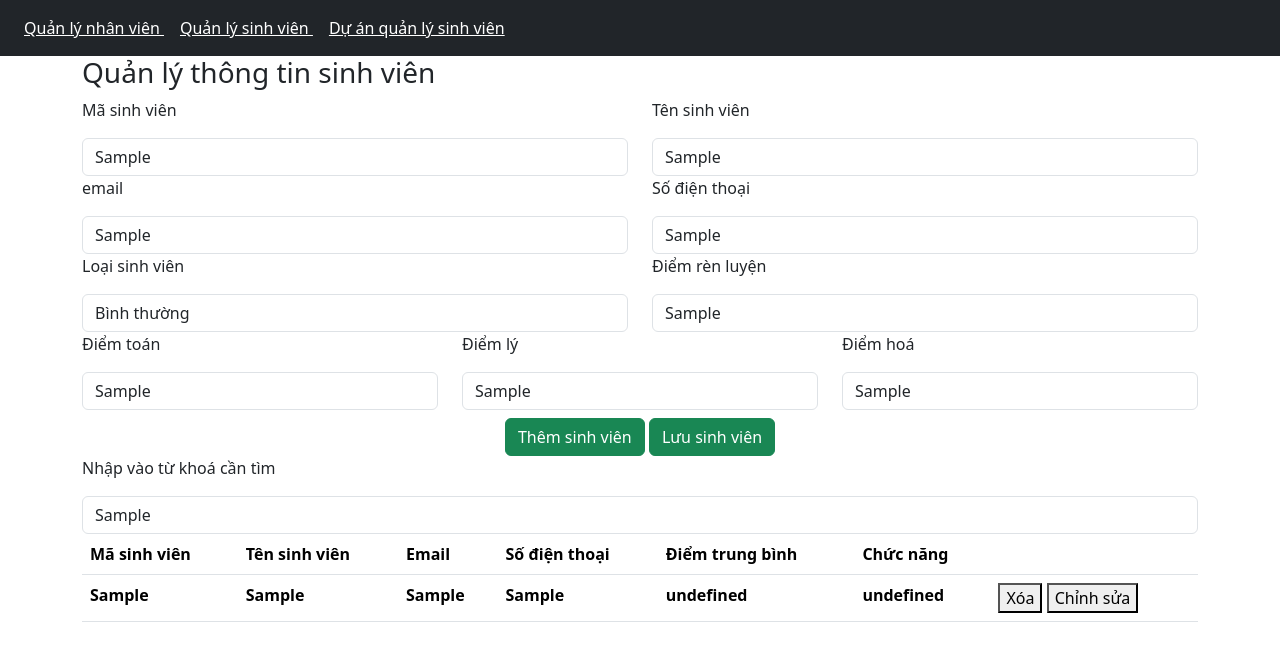
Repository: KhoiNguyen77/JS-Buoi-9--10
Page: duan_qlsv.html
The author's editor kept a copy of each file at every save. The page is drawn from the files as they stood at one save, then again after the next save.
The browser window is 1280 px wide. The pictures show the whole page.
Empty fields were first filled with sample values (such as "Sample", 5 or name@example.com).
After loading, the first visible `#frmSinhVien` was submitted once.

Above is the page before, as saved 2023-03-28 10:12:55.

### duan_qlsv.html
<!DOCTYPE html>
<html lang="en">
<head>
    <meta charset="UTF-8">
    <meta http-equiv="X-UA-Compatible" content="IE=edge">
    <meta name="viewport" content="width=device-width, initial-scale=1.0">
    <title>Dự án quản lý sinh viên</title>
    <link href="https://cdn.jsdelivr.net/npm/bootstrap@5.3.0-alpha1/dist/css/bootstrap.min.css" rel="stylesheet" integrity="sha384-GLhlTQ8iRABdZLl6O3oVMWSktQOp6b7In1Zl3/Jr59b6EGGoI1aFkw7cmDA6j6gD" crossorigin="anonymous">
</head>
<body>
    <div class="bg-dark text-white p-3">
        <a href="/quanlynhanvien.html" class="text-white mx-2"> Quản lý nhân viên </a>
        <a href="/index.html" class="text-white mx-2"> Quản lý sinh viên </a>
        <a href="/duan_qlsv.html" class="text-white mx-2"> Dự án quản lý sinh viên </a>
    </div>
    <div class="container">
        <h3>Quản lý thông tin sinh viên</h3>
        <form id="frmSinhVien">
            <div class="row">
                <div class="col-6">
                    <p>Mã sinh viên</p>
                    <input class="form-control" id="maSinhVien" />
                </div>
                <div class="col-6">
                    <p>Tên sinh viên</p>
                    <input class="form-control" id="tenSinhVien" />
                </div>
            </div>
            <div class="row">
                <div class="col-6">
                    <p>email</p>
                    <input class="form-control" id="email" />
                </div>
                <div class="col-6">
                    <p>Số điện thoại</p>
                    <input class="form-control" id="soDienThoai" />
                </div>
            </div>
            <div class="row">
                <div class="col-6">
                    <p>Loại sinh viên</p>
                    <select id="loaiSinhVien" class="form-control">
                        <option>Bình thường</option>
                        <option>Khó khăn</option>
                    </select>
                </div>
                <div class="col-6">
                    <p>Điểm rèn luyện</p>
                    <input class="form-control" id="diemRenLuyen" />
                </div>
            </div>
            <div class="row">
                <div class="col-4">
                    <p>Điểm toán</p>
                    <input class="form-control" id="diemToan" />
                </div>
                <div class="col-4">
                    <p>Điểm lý</p>
                    <input class="form-control" id="diemLy" />
                </div>
                <div class="col-4">
                    <p>Điểm hoá</p>
                    <input class="form-control" id="diemHoa" />
                </div>
            </div>
            <div class="form-group text-center mt-2">
                    <button class="btn btn-success" id="btnThemSinhVien" type="submit">Thêm sinh viên</button>
                    <button id="btnLuu" class="btn btn-success" type="button">Lưu sinh viên</button>
                </div>
        </form>

        <div class="form-group">
            <p>Nhập vào từ khoá cần tìm</p>
            <input class="form-control" id="txtTuKhoa" placeholder="nhập vào từ khoá cần tìm"/>
        </div>

        <table class="table" id="tableSV">
            <thead>
                <tr>

                    <th>Mã sinh viên</th>
                    <th>Tên sinh viên</th>
                    <th>Email</th>
                    <th>Số điện thoại</th>
                    <th>Điểm trung bình</th>
                    <th>Chức năng</th>
                    <th></th>
                </tr>
            </thead>
            <tbody id="tblSinhVien">
            </tbody>
        </table>
    </div>

    <script src="https://cdn.jsdelivr.net/npm/bootstrap@5.3.0-alpha1/dist/js/bootstrap.bundle.min.js" integrity="sha384-w76AqPfDkMBDXo30jS1Sgez6pr3x5MlQ1ZAGC+nuZB+EYdgRZgiwxhTBTkF7CXvN" crossorigin="anonymous"></script>


    <!--method - lib-->
    <script src="/util/method.js"></script>
    <!--models: Chứa prototype-->
    <script src="/models/SinhVien.js"></script>

    <!--js-->
    <script src="/controllers/duan_qlsv.js"></script>
</body>
</html>

### util/method.js
//Chứa các hàm sử dụng chung cho hệ thống

function setCookie(name,value,days) {
    var expires = "";
    if (days) {
        var date = new Date();
        date.setTime(date.getTime() + (days*24*60*60*1000));
        expires = "; expires=" + date.toUTCString();
    }
    document.cookie = name + "=" + (value || "")  + expires + "; path=/";
}
function getCookie(name) {
    var nameEQ = name + "=";
    var ca = document.cookie.split(';');
    for(var i=0;i < ca.length;i++) {
        var c = ca[i];
        while (c.charAt(0)==' ') c = c.substring(1,c.length);
        if (c.indexOf(nameEQ) == 0) return c.substring(nameEQ.length,c.length);
    }
    return null;
}
function eraseCookie(name) {
    document.cookie = name +'=; Path=/; Expires=Thu, 01 Jan 1970 00:00:01 GMT;';
}

function stringToSlug(title) {
    //Đổi chữ hoa thành chữ thường
    slug = title.toLowerCase();

    //Đổi ký tự có dấu thành không dấu
    slug = slug.replace(/á|à|ả|ạ|ã|ă|ắ|ằ|ẳ|ẵ|ặ|â|ấ|ầ|ẩ|ẫ|ậ/gi, 'a');
    slug = slug.replace(/é|è|ẻ|ẽ|ẹ|ê|ế|ề|ể|ễ|ệ/gi, 'e');
    slug = slug.replace(/i|í|ì|ỉ|ĩ|ị/gi, 'i');
    slug = slug.replace(/ó|ò|ỏ|õ|ọ|ô|ố|ồ|ổ|ỗ|ộ|ơ|ớ|ờ|ở|ỡ|ợ/gi, 'o');
    slug = slug.replace(/ú|ù|ủ|ũ|ụ|ư|ứ|ừ|ử|ữ|ự/gi, 'u');
    slug = slug.replace(/ý|ỳ|ỷ|ỹ|ỵ/gi, 'y');
    slug = slug.replace(/đ/gi, 'd');
    //Xóa các ký tự đặt biệt
    slug = slug.replace(/\`|\~|\!|\@|\#|\||\$|\%|\^|\&|\*|\(|\)|\+|\=|\,|\.|\/|\?|\>|\<|\'|\"|\:|\;|_/gi, '');
    //Đổi khoảng trắng thành ký tự gạch ngang
    slug = slug.replace(/ /gi, "-");
    //Đổi nhiều ký tự gạch ngang liên tiếp thành 1 ký tự gạch ngang
    //Phòng trường hợp người nhập vào quá nhiều ký tự trắng
    slug = slug.replace(/\-\-\-\-\-/gi, '-');
    slug = slug.replace(/\-\-\-\-/gi, '-');
    slug = slug.replace(/\-\-\-/gi, '-');
    slug = slug.replace(/\-\-/gi, '-');
    //Xóa các ký tự gạch ngang ở đầu và cuối
    slug = '@' + slug + '@';
    slug = slug.replace(/\@\-|\-\@|\@/gi, '');

    return slug;
}

### models/SinhVien.js
function SinhVien() {
    this.maSinhVien = '';
    this.tenSinhVien = '';
    this.email = '';
    this.loaiSinhVien = '';
    this.diemRenLuyen = 0;
    this.diemToan = 0;
    this.diemLy = 0;
    this.diemHoa = 0;
    this.soDienThoai = 0;
    this.tinhDiemTrungBinh = function () {
        var dtb = (this.diemHoa + this.diemToan +this.diemLy)/3;
        return dtb
    }

}

### controllers/duan_qlsv.js
let sinhVien = [];
document.querySelector("#frmSinhVien").onsubmit = (event) => {
  // Ngăn reload
  event.preventDefault();
  let addSinhVien = new SinhVien();
  //  Lấy info trên các thẻ input
  addSinhVien.maSinhVien = document.querySelector("#maSinhVien").value;
  addSinhVien.tenSinhVien = document.querySelector("#tenSinhVien").value;
  addSinhVien.email = document.querySelector("#email").value;
  addSinhVien.loaiSinhVien = document.querySelector("#loaiSinhVien").value;
  addSinhVien.diemRenLuyen = document.querySelector("#diemRenLuyen").value;
  addSinhVien.diemToan = document.querySelector("#diemToan").value;
  addSinhVien.diemLy = document.querySelector("#diemLy").value;
  addSinhVien.diemHoa = document.querySelector("#diemHoa").value;
  addSinhVien.soDienThoai = document.querySelector("#soDienThoai").value;
  // Thêm vào mảng sinhVien
  sinhVien.push(addSinhVien);
  console.log(sinhVien);
  localStorage.setItem("Mảng Sinh Viên", JSON.stringify(sinhVien));
  render(sinhVien);
};

// function render ra giao diện
render = (array) => {
  let stringHTML = "";
  array.forEach((sv) => {
    stringHTML += `
    <tr>
        <th>${sv.maSinhVien}</th>
        <th>${sv.tenSinhVien}</th>
        <th>${sv.email}</th>
        <th>${sv.soDienThoai}</th>
        <th>${sv.diemTrungBinh}</th>
        <th>${sv.diemTrungBinh}</th>
        <th>
        <button>Xóa</button>
        <button>Chỉnh sửa</button>
        </th>
    </tr>
    `;
  });
  document.querySelector("#tblSinhVien").innerHTML = stringHTML;
};

After the next save:
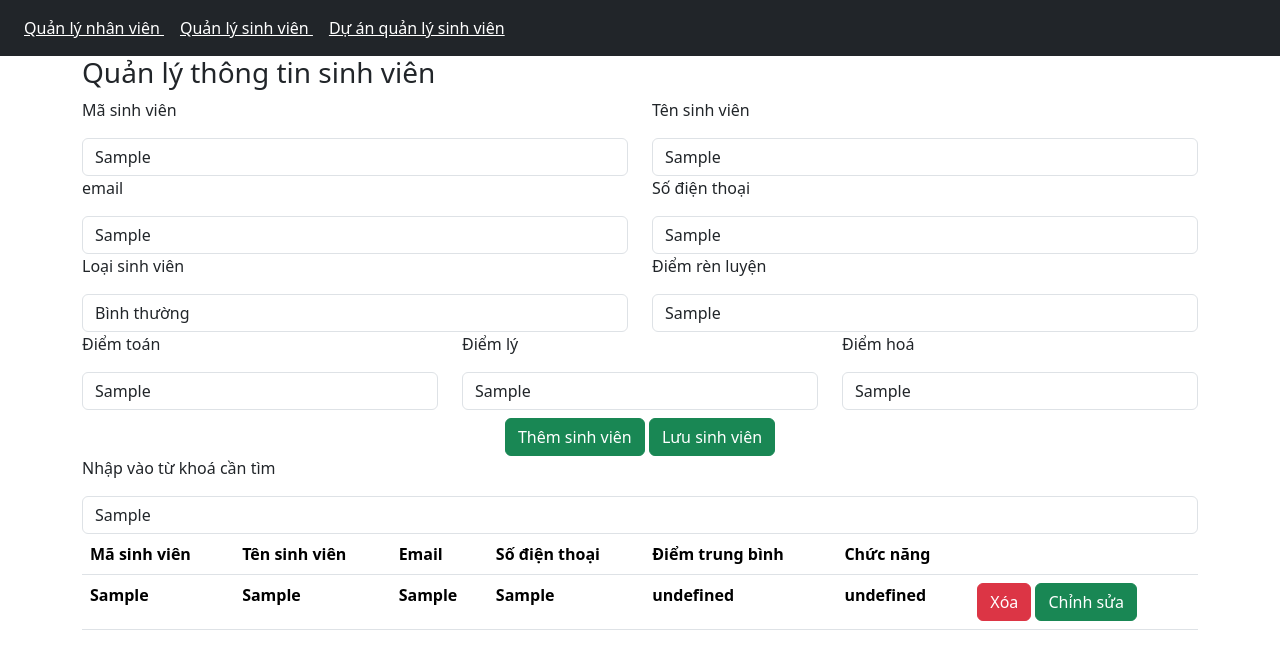
Saved 45 s later.
--- a/controllers/duan_qlsv.js
+++ b/controllers/duan_qlsv.js
@@ -33,8 +33,8 @@ render = (array) => {
         <th>${sv.diemTrungBinh}</th>
         <th>${sv.diemTrungBinh}</th>
         <th>
-        <button>Xóa</button>
-        <button>Chỉnh sửa</button>
+        <button class="btn btn-danger rounded">Xóa</button>
+        <button class="btn btn-success rounded">Chỉnh sửa</button>
         </th>
     </tr>
     `;
